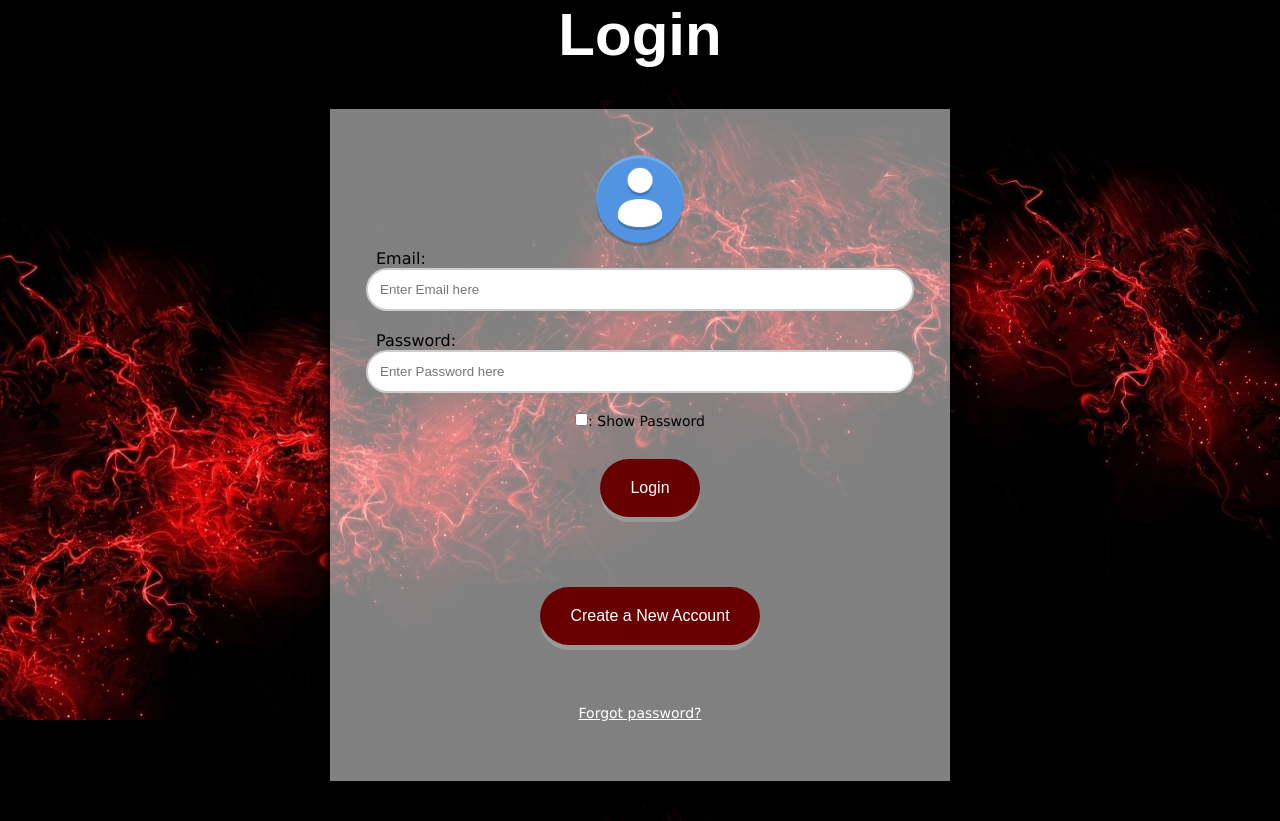
Repository: amila1998/OOP-Group-Assignment-1st-Year-2nd-Semester
Page: http://localhost/OMT/login.jsp
An editor plug-in stored every save of this project. The page is shown before and after the next save, followed by the edit.
The browser window is 1280 px wide. The pictures show the whole page.
Backgrounds fixed to the window are drawn as part of the page. Some web fonts or font styles are not loaded; a fallback is used. The page is served by Tomcat 9. Nobody is signed in. The application's start-up code is not run.

Above is the page before, as saved 2021-05-23 12:50:38.

After the next save:
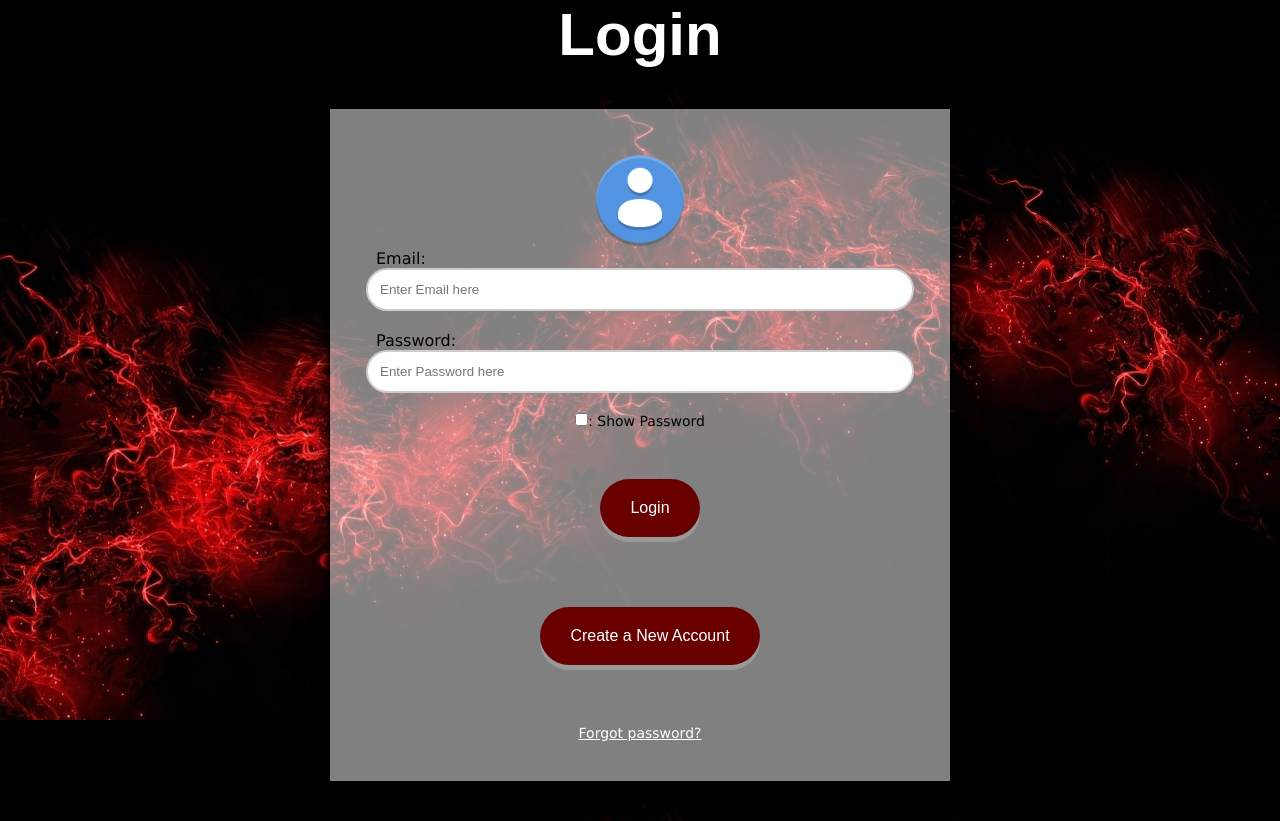
Saved 18 min 15 s later.
--- a/OMT/WebContent/login.jsp
+++ b/OMT/WebContent/login.jsp
@@ -21,7 +21,7 @@
 				<div  class="Plogo1">
 					<img src="images/avatardefault_92824.png" alt="User Profile Logo" >
 				</div>
-				<div><% String msg = request.getParameter("msg");
+				<% String msg = request.getParameter("msg");
 						if("invalid".equals(msg)){%>
 					<br><br><div class="invalid">Invalid Email or Password </div><br><br>
 					<%} %>
